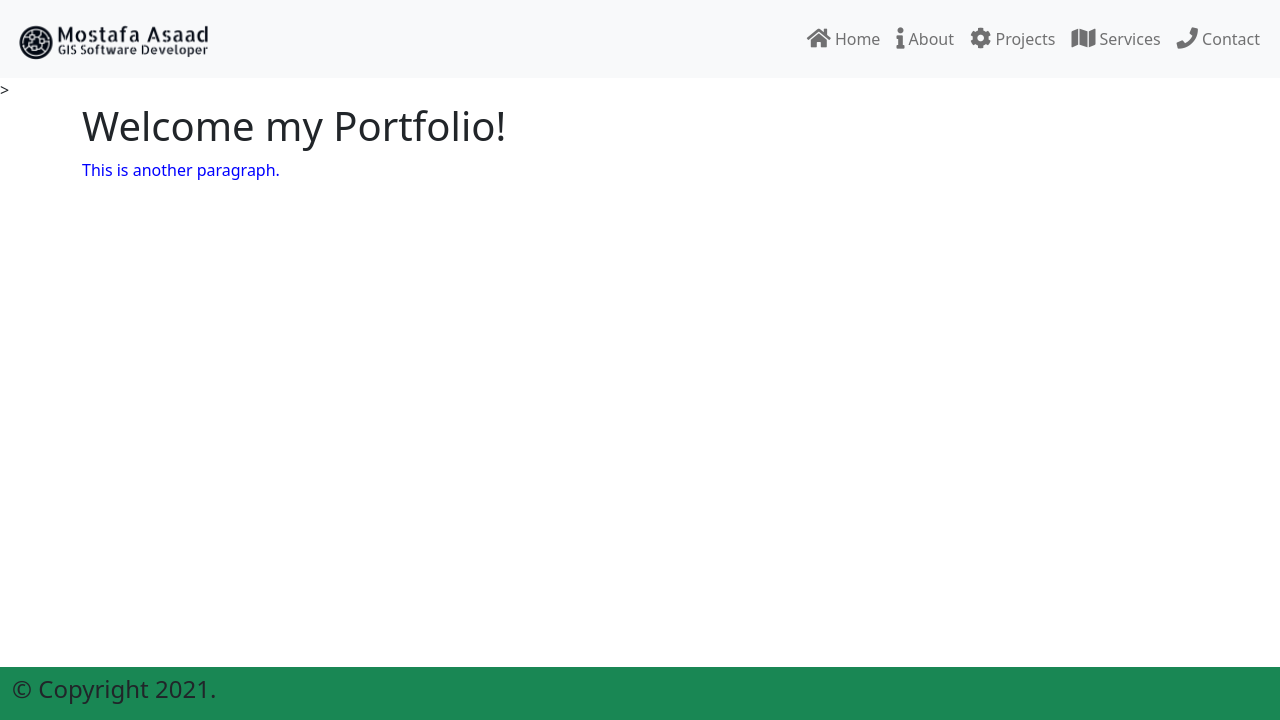
Repository: Mostafa-Asaad/Portfolio
Page: http://localhost/
The author's editor kept a copy of each file at every save. The page is drawn from the files as they stood at one save, then again after the next save.
The browser window is 1280 px wide. The pictures show the whole page.
The page is served by the project's Node server (index.js). Other server files are loaded and not shown.

Above is the page before, as saved 2021-06-04 19:08:34.

### Server/Views/index.ejs
<!DOCTYPE html>
<html lang="en">
<head>
  <meta charset="UTF-8">
  <meta http-equiv="X-UA-Compatible" content="IE=edge">
  <meta name="viewport" content="width=device-width, initial-scale=1.0">
  <title><%= title %></title>
  <!-- CSS Section -->
  <link rel="stylesheet" href="/bootstrap/dist/css/bootstrap.min.css">
  <link rel="stylesheet" href="/@fortawesome/fontawesome-free/css/all.min.css">
  <link rel="stylesheet" href="/Content/app.css">
</head>
<body>
  <!-- Navigation Section -->
 <header>
  <%- include('./components/header.ejs') %>
 </header>

  <!--Main Content-->>
  <main>
    <%- include('./content/' + page + '.ejs') %>
  </main>

  <!-- Bottom Nav -->
  <footer>
    <%- include('./components/footer.ejs') %>
  </footer>

  <!-- JavaScript Section -->
  <script src="/jquery/dist/jquery.min.js"></script>
  <script src="/bootstrap/dist/js/bootstrap.min.js"></script>
  <script src="/Scripts/app.js"></script>
</body>
</html>

### Server/Views/components/header.ejs
<nav class="navbar navbar-expand-lg navbar-light bg-light">
    <div class="container-fluid">
      <a class="navbar-brand" href="/home"><img src="/Assets/images/Logo.png" width="200"></a>
      <button class="navbar-toggler" type="button" data-bs-toggle="collapse" data-bs-target="#navbarSupportedContent" aria-controls="navbarSupportedContent" aria-expanded="false" aria-label="Toggle navigation">
        <span class="navbar-toggler-icon"></span>
      </button>
      <div class="collapse navbar-collapse" id="navbarSupportedContent">
        <ul class="navbar-nav ms-auto mb-2 mb-lg-0">
          <li class="nav-item">
            <a class="nav-link" href="/home"><i class="fas fa-home fa-lg"></i> Home</a>
          </li>
          <li class="nav-item">
            <a class="nav-link" href="/about"><i class="fas fa-info fa-lg"></i> About</a>
          </li>
          <li class="nav-item">
            <a class="nav-link" href="/projects"><i class="fas fa-cog fa-lg"></i> Projects</a>
          </li>
          <li class="nav-item">
            <a class="nav-link" href="/services"><i class="fas fa-map fa-lg"></i> Services</a>
          </li>
          <li class="nav-item">
            <a class="nav-link" href="/contact"><i class="fas fa-phone fa-lg"></i> Contact</a>
          </li>
        </ul>
      </div>
    </div>
  </nav>

### Server/Views/content/home.ejs
<div class="container">
    <h1>Welcome my Portfolio!</h1>
    <p style="color:blue">This is another paragraph.</p>

</div>

### Server/Views/components/footer.ejs
<nav class="navbar fixed-bottom navbar-success bg-success">
    <div class="container-fluid">
      <h4>&copy; Copyright 2021.</h4>
    </div>
  </nav>

### index.js
#!/usr/bin/env node
"use strict";
var __importDefault = (this && this.__importDefault) || function (mod) {
    return (mod && mod.__esModule) ? mod : { "default": mod };
};
Object.defineProperty(exports, "__esModule", { value: true });
const app_1 = __importDefault(require("./Server/Config/app"));
const debug_1 = __importDefault(require("debug"));
debug_1.default('week-4d:server');
const http_1 = __importDefault(require("http"));
let port = normalizePort(process.env.PORT || '3000');
app_1.default.set('port', port);
let server = http_1.default.createServer(app_1.default);
server.listen(port);
server.on('error', onError);
server.on('listening', onListening);
function normalizePort(val) {
    let port = parseInt(val, 10);
    if (isNaN(port)) {
        return val;
    }
    if (port >= 0) {
        return port;
    }
    return false;
}
function onError(error) {
    if (error.syscall !== 'listen') {
        throw error;
    }
    var bind = typeof port === 'string'
        ? 'Pipe ' + port
        : 'Port ' + port;
    switch (error.code) {
        case 'EACCES':
            console.error(bind + ' requires elevated privileges');
            process.exit(1);
            break;
        case 'EADDRINUSE':
            console.error(bind + ' is already in use');
            process.exit(1);
            break;
        default:
            throw error;
    }
}
function onListening() {
    let addr = server.address();
    let bind = typeof addr === 'string'
        ? 'pipe ' + addr
        : 'port ' + addr.port;
    debug_1.default('Listening on ' + bind);
}
//# sourceMappingURL=index.js.map

### Server/Routes/index.js
"use strict";
var __importDefault = (this && this.__importDefault) || function (mod) {
    return (mod && mod.__esModule) ? mod : { "default": mod };
};
Object.defineProperty(exports, "__esModule", { value: true });
const express_1 = __importDefault(require("express"));
const router = express_1.default.Router();
exports.default = router;
router.get('/', function (req, res, next) {
    res.render('index', { title: 'Home', page: 'home' });
});
router.get('/home', function (req, res, next) {
    res.render('index', { title: 'Home', page: 'home' });
});
router.get('/about', function (req, res, next) {
    res.render('index', { title: 'About Me', page: 'about' });
});
router.get('/projects', function (req, res, next) {
    res.render('index', { title: 'My Projects', page: 'projects' });
});
router.get('/services', function (req, res, next) {
    res.render('index', { title: 'My Services', page: 'services' });
});
router.get('/contact', function (req, res, next) {
    res.render('index', { title: 'Contact me', page: 'contact' });
});
//# sourceMappingURL=index.js.map

### Client/Content/app.css
/* your custom css goes here */

### Client/Scripts/app.js
"use strict";
(function () {
    function Start() {
        console.log("App Started");
    }
    window.addEventListener("load", Start);
})();
//# sourceMappingURL=app.js.map

After the next save:
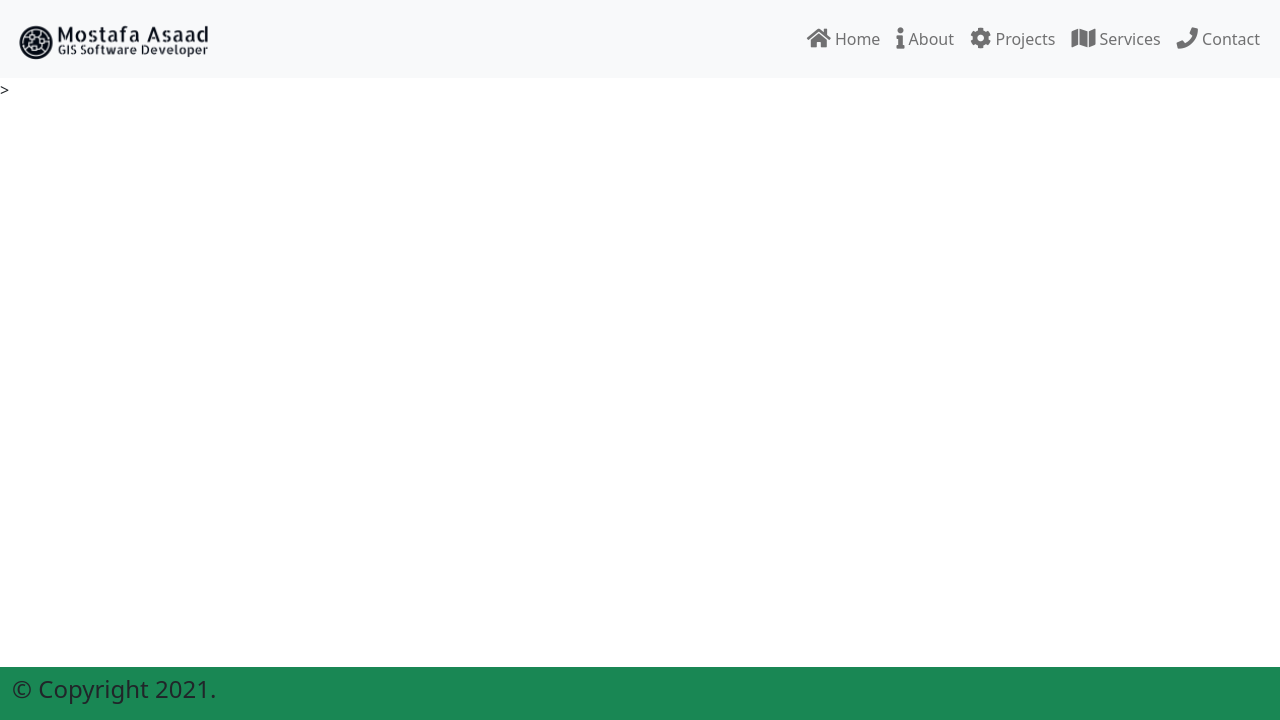
Saved 89 s later.
--- a/Server/Views/content/home.ejs
+++ b/Server/Views/content/home.ejs
@@ -1,5 +1,5 @@
 <div class="container">
-    <h1>Welcome my Portfolio!</h1>
-    <p style="color:blue">This is another paragraph.</p>
+
+    <p style="color:white">Welcome my Portfolio!</h1>
 
 </div>
